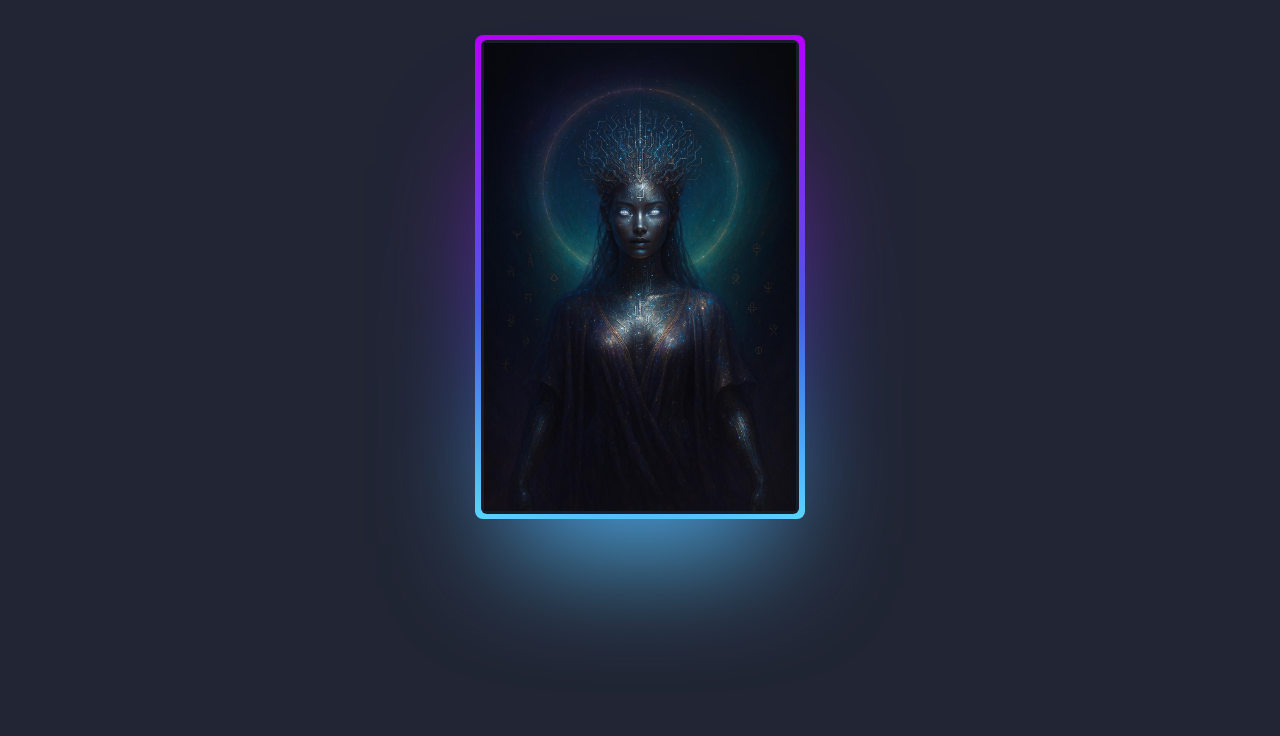
Repository: mertfurkandgn/artpainting
Page: card-1/index.html
These files come from the project's save history. The page is drawn as it stood at one moment and after the next save; the edit follows.
The browser window is 1280 px wide. The pictures show the whole page.

Above is the page before, as saved 2025-07-30 22:36:41.

After the next save:
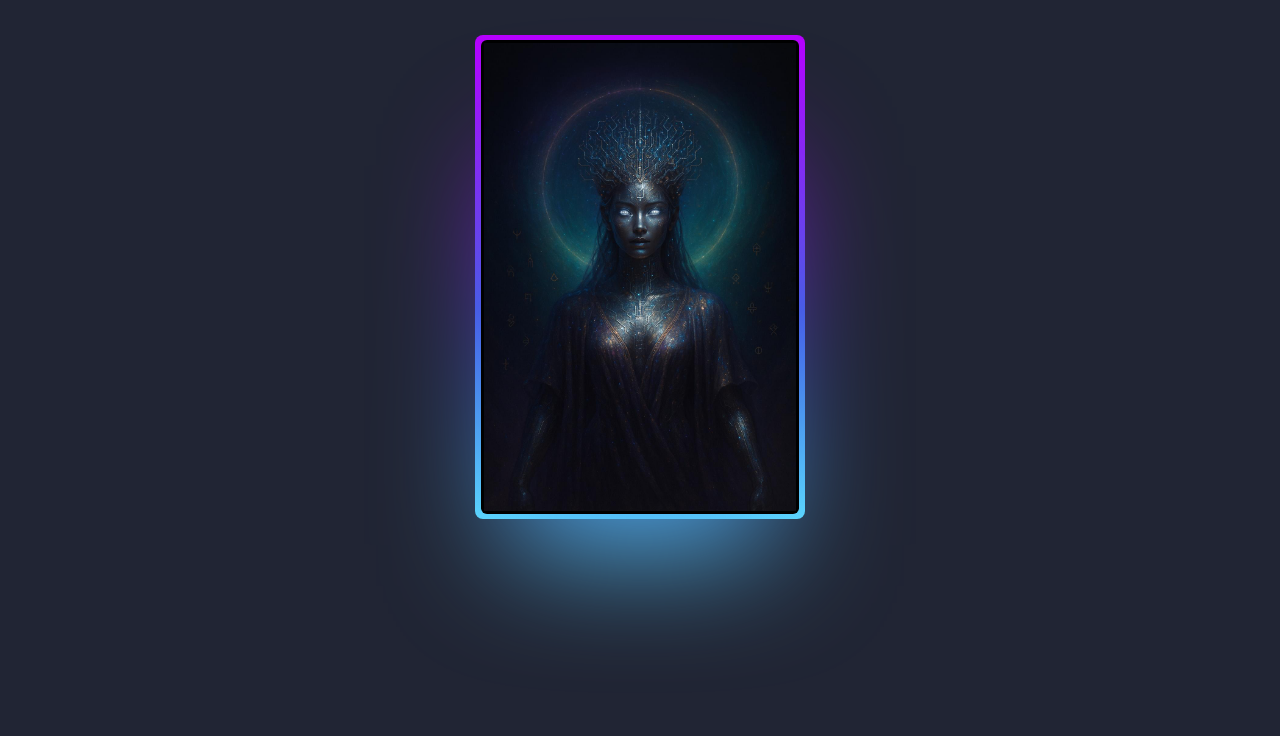
Saved 30 s later.
--- a/card-1/css/style.css
+++ b/card-1/css/style.css
@@ -73,7 +73,7 @@ body {
 
 
 .card {
-  background: #191c29;
+  background: black;
   width: var(--card-width);
   height: var(--card-height);
   padding: 3px;
